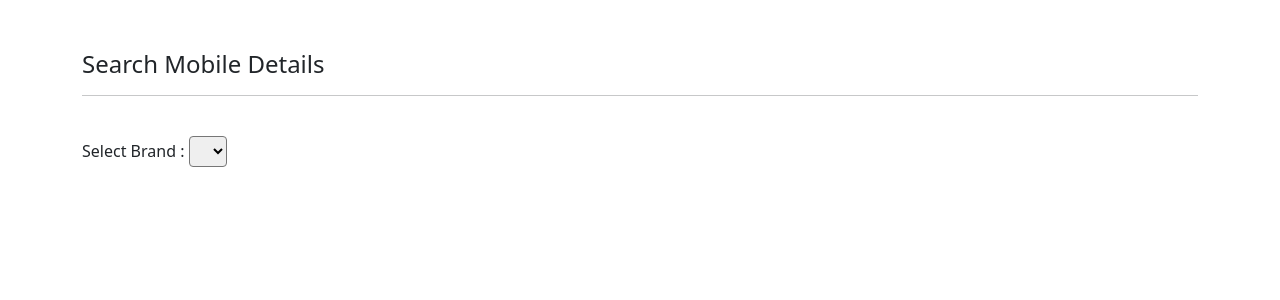
Repository: Kapil-06/My-Java-Projects
Page: AJAX Module/src/main/webapp/SearchMobileInfo.html
These files come from the project's save history. The page is drawn as it stood at one moment and after the next save; the edit follows.
The browser window is 1280 px wide. The pictures show the whole page.

Above is the page before, as saved 2023-06-12 18:25:37.

### AJAX Module/src/main/webapp/SearchMobileInfo.html
<!DOCTYPE html>
<html>
<head>
<meta charset="ISO-8859-1">
<title>SelectMobile</title>
<link rel="stylesheet" href="bootstrap.min.css">
<script type="text/javascript">
    function createRequestObject() {
        var tmpXmlHttpObject;
        if (window.XMLHttpRequest) {
                tmpXmlHttpObject = new XMLHttpRequest();
        } else if (window.ActiveXObject) {
            tmpXmlHttpObject = new ActiveXObject("Microsoft.XMLHTTP");
        }

        return tmpXmlHttpObject;
    }


    var http = createRequestObject();

    function makeGetRequest() {
        comp=document.frm.company.value;
        http.open('get', 'ShowMobileInfo.jsp?company=' + comp);
        http.onreadystatechange = processResponse;
        http.send(null);
    }

    function processResponse() {
        if(http.readyState == 4){
            var response = http.responseText;
            document.getElementById('res').innerHTML = response;
        }
    }
</script>
</head>
<body style="margin-top: 50px;">
    <div class="container">
        <h4>Search Mobile Details</h4>
        <hr>
        <br>
        <form name="frm">
            Select Brand :
            <select name="company" class="form-control-sm" onchange="makeGetRequest()">
                <option value="Apple"></option>
                <option value="Google"></option>
                <option value="Nokia"></option>
                <option value="OnePlus"></option>
                <option value="Oppo"></option>
                <option value="Poco"></option>
                <option value="Realme"></option>
                <option value="Samsung"></option>
                <option value="Vivo"></option>
                <option value="Xiaomi"></option>
            </select>
        </form>
        <br>
		<div class="container" style="margin-left: 30px; margin-right: 30px;" id="res"></div>
    </div>
</body>
</html>

Loaded but not shown: AJAX Module/src/main/webapp/bootstrap.min.css (library)

After the next save:
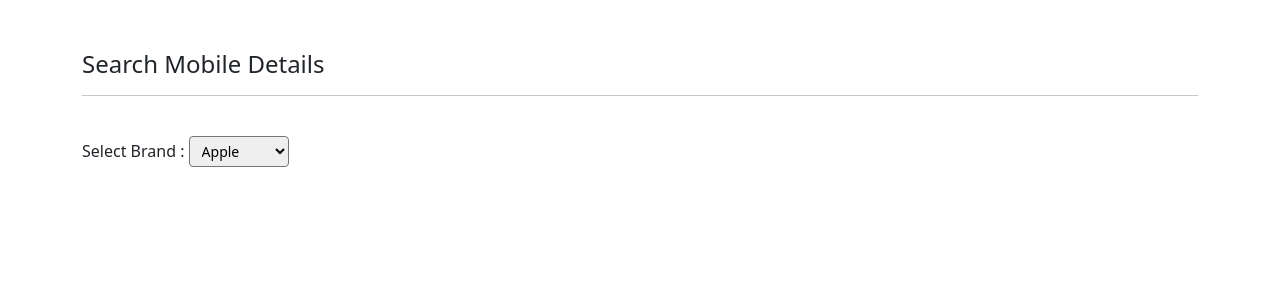
Saved 3 min 9 s later.
--- a/AJAX Module/src/main/webapp/SearchMobileInfo.html
+++ b/AJAX Module/src/main/webapp/SearchMobileInfo.html
@@ -42,16 +42,16 @@
         <form name="frm">
             Select Brand :
             <select name="company" class="form-control-sm" onchange="makeGetRequest()">
-                <option value="Apple"></option>
-                <option value="Google"></option>
-                <option value="Nokia"></option>
-                <option value="OnePlus"></option>
-                <option value="Oppo"></option>
-                <option value="Poco"></option>
-                <option value="Realme"></option>
-                <option value="Samsung"></option>
-                <option value="Vivo"></option>
-                <option value="Xiaomi"></option>
+                <option value="Apple">Apple</option>
+                <option value="Google">Google</option>
+                <option value="Nokia">Nokia</option>
+                <option value="OnePlus">Oneplus</option>
+                <option value="Oppo">Oppo</option>
+                <option value="Poco">Poco</option>
+                <option value="Realme">Realme</option>
+                <option value="Samsung">Samsung</option>
+                <option value="Vivo">Vivo</option>
+                <option value="Xiaomi">Xiaomi</option>
             </select>
         </form>
         <br>
